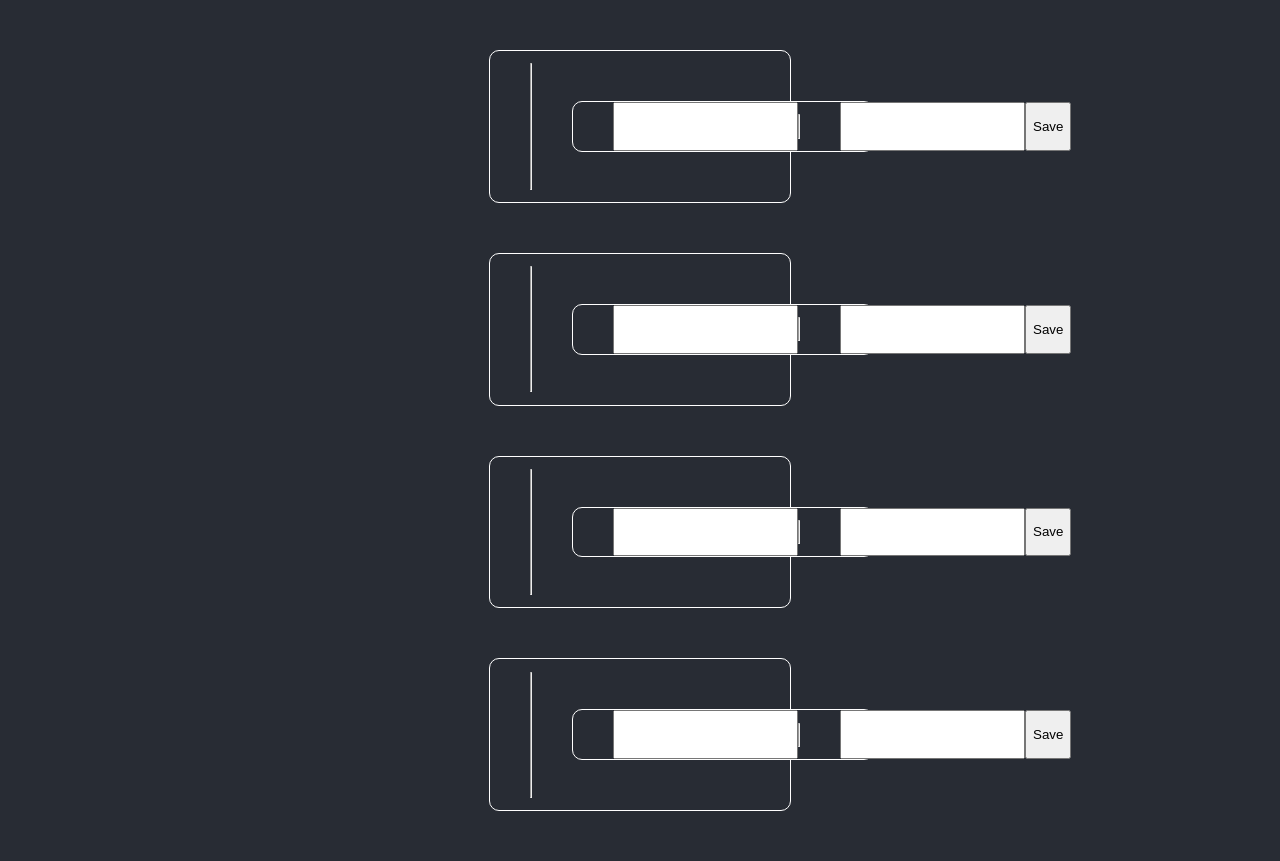
Repository: bandikost/capers
Page: /main
The author's editor kept a copy of each file at every save. The page is drawn from the files as they stood at one save, then again after the next save.
The browser window is 1280 px wide. The pictures show the whole page.
The page's requests for data from a server got no answer. The project was rebuilt for these pictures with package versions that can differ from the ones it lists, and the page was loaded fresh each time. No one was signed in, and anything a server would have sent is missing.

Above is the page before, as saved 2023-04-10 12:30:12.

### src/App.js
import logo from './logo.svg';
import './App.css';
import { BrowserRouter, Routes, Route } from "react-router-dom";
import Main from './components/Main';


function App() {
  return (
    <div className="App">
      <header className="App-header">
      <BrowserRouter >
        <Routes>
            <Route path='/main' element={<Main />}/>
        </Routes>
      </BrowserRouter>
      </header>
    </div>
  );
}

export default App;

### src/App.css
.App {
  text-align: center;
}

.App-logo {
  height: 40vmin;
  pointer-events: none;
}


.App-header {
  background-color: #282c34;
  min-height: 100vh;
  display: flex;
  flex-direction: column;
  align-items: center;
  justify-content: center;
  font-size: calc(10px + 2vmin);
  color: white;
}

.App-link {
  color: #61dafb;
}


.table {
  height: auto;
  margin: 0 auto 0;
}

.cell {
  border: 1px solid white;
  border-radius: 10px;
  width: 300px;
  margin: 50px 0px;
  display: flex;
  justify-content: space-between;
}

.cell p {
  padding: 0 20px;
}

### src/components/Main.jsx
import React, { useState, useEffect } from "react";
import firebase from "../firebase";
import UserEditForm from "./UserEditForm";

export const Main = () => {
  const [name, setName] = useState({});
  const [balance, setbalance] = useState({});

  useEffect(() => {
    const balanceRef = firebase.database().ref("balance");
    balanceRef.on("value", (snapshot) => {
      const data = snapshot.val();
      setbalance(data);
    });

    const nameRef = firebase.database().ref("name");
    nameRef.on("value", (snapshot) => {
      const data = snapshot.val();
      setName(data);
    });
  }, []);

  const getHighestBalanceUser = () => {
    const users = Object.keys(balance);
    let highestBalance = -Infinity;
    let highestBalanceUser = "";
    users.forEach((user) => {
      if (balance[user] > highestBalance) {
        highestBalance = balance[user];
        highestBalanceUser = user;
      }
    });
    return highestBalanceUser;
  };

  return (
    <div className="table">
      <div className="cell">
        <p>{name.user1}</p>
        <hr />
        <p>{balance.user1}</p>
        <UserEditForm userId="user1" name={name.user1} balance={balance.user1} />
      </div>
      <div className="cell">
        <p>{name.user2}</p>
        <hr />
        <p>{balance.user2}</p>
        <UserEditForm userId="user2" name={name.user2} balance={balance.user2} />
      </div>
      <div className="cell">
        <p>{name.user3}</p>
        <hr />
        <p>{balance.user3}</p>
        <UserEditForm userId="user3" name={name.user3} balance={balance.user3} />
      </div>
      <div className="cell">
        <p>{name.user4}</p>
        <hr />
        <p>{balance.user4}</p>
        <UserEditForm userId="user4" name={name.user4} balance={balance.user4} />
        </div>
        </div>

  )
}
  export default Main;

### src/firebase.js

import "firebase/database";
import firebase from "firebase/compat/app";
import "firebase/compat/database";
import { getAuth } from "firebase/auth";
import { getFirestore } from "firebase/firestore";
import { getStorage, ref } from "firebase/storage";


const firebaseConfig = {
    apiKey: "AIzaSyBp1x8lQCSbuPwbK_sXJ7eGkGpN9c7ONY8",
    authDomain: "capers-a3171.firebaseapp.com",
    databaseURL: "https://capers-a3171-default-rtdb.europe-west1.firebasedatabase.app",
    projectId: "capers-a3171",
    storageBucket: "capers-a3171.appspot.com",
    messagingSenderId: "794243042023",
    appId: "1:794243042023:web:668504b8bdcbe9b7c63042",
    measurementId: "G-7YW48MQCSP"
  };

firebase.initializeApp(firebaseConfig);

export const auth = getAuth();
export const storage = getStorage()
export const db = getFirestore();
export default firebase;

### src/components/UserEditForm.js
import React, { useState } from "react";

const UserInput = ({ user, name, balance, onChange }) => {
  const [inputName, setInputName] = useState(name);
  const [inputBalance, setInputBalance] = useState(balance);

  const handleNameChange = (e) => {
    setInputName(e.target.value);
  };

  const handleBalanceChange = (e) => {
    setInputBalance(e.target.value);
  };

  return (
    <div className="cell">
      <p>{inputName}</p>
      <input type="text" value={inputName} onChange={handleNameChange} />
      <hr />
      <p>{inputBalance}</p>
      <input type="number" value={inputBalance} onChange={handleBalanceChange} />
      <button onClick={() => onChange(user, inputName, inputBalance)}>Save</button>
    </div>
  );
};

export default UserInput;

Loaded but not shown: public/index.html (common file); src/index.js (common file); src/index.css (common file); src/reportWebVitals.js (common file)

After the next save:
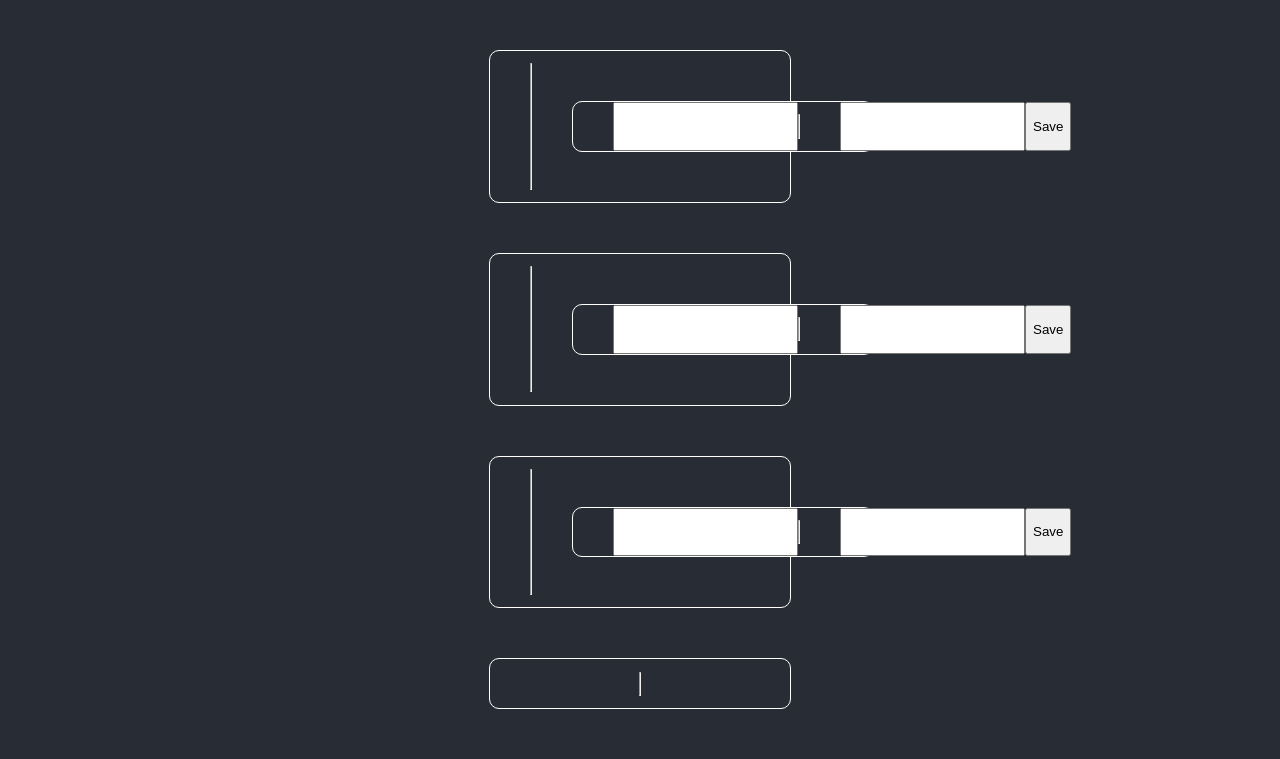
Saved 18 s later.
--- a/src/components/Main.jsx
+++ b/src/components/Main.jsx
@@ -57,7 +57,7 @@ export const Main = () => {
         <p>{name.user4}</p>
         <hr />
         <p>{balance.user4}</p>
-        <UserEditForm userId="user4" name={name.user4} balance={balance.user4} />
+
         </div>
         </div>
 
